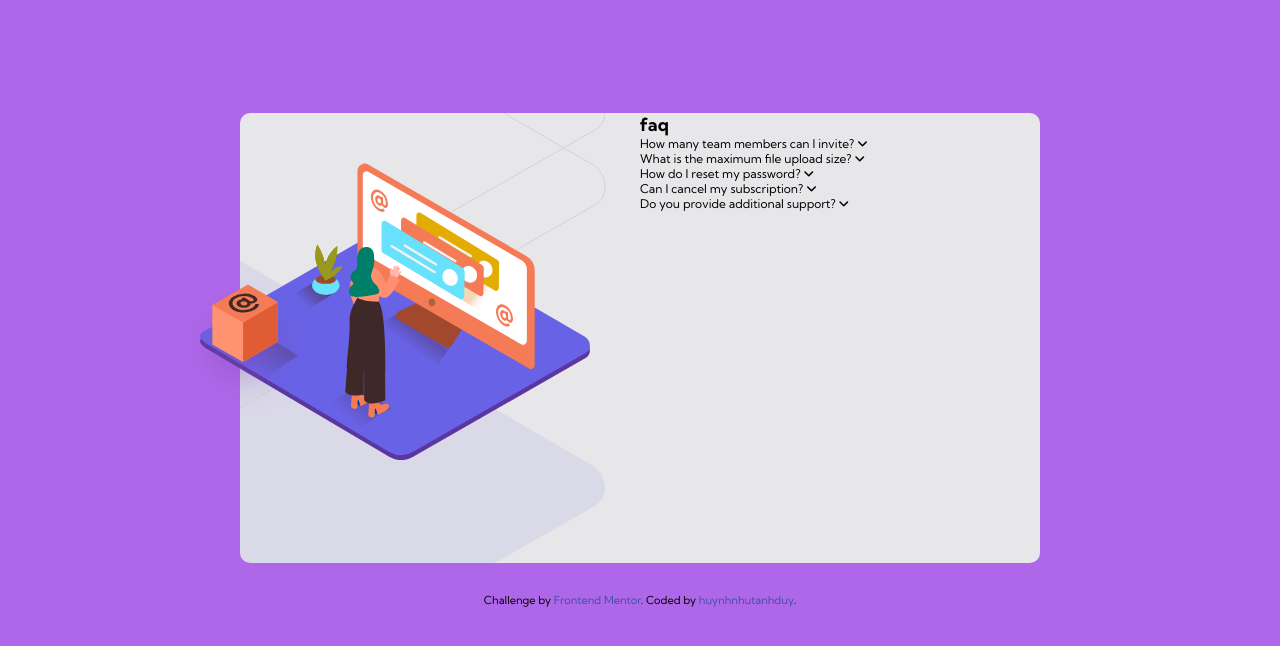
Repository: huynhnhutanhduy/faq-accordion-card
Page: index.html
These files come from the project's save history. The page is drawn as it stood at one moment and after the next save; the edit follows.
The browser window is 1280 px wide. The pictures show the whole page.

Above is the page before, as saved 2022-10-20 13:59:21.

After the next save:
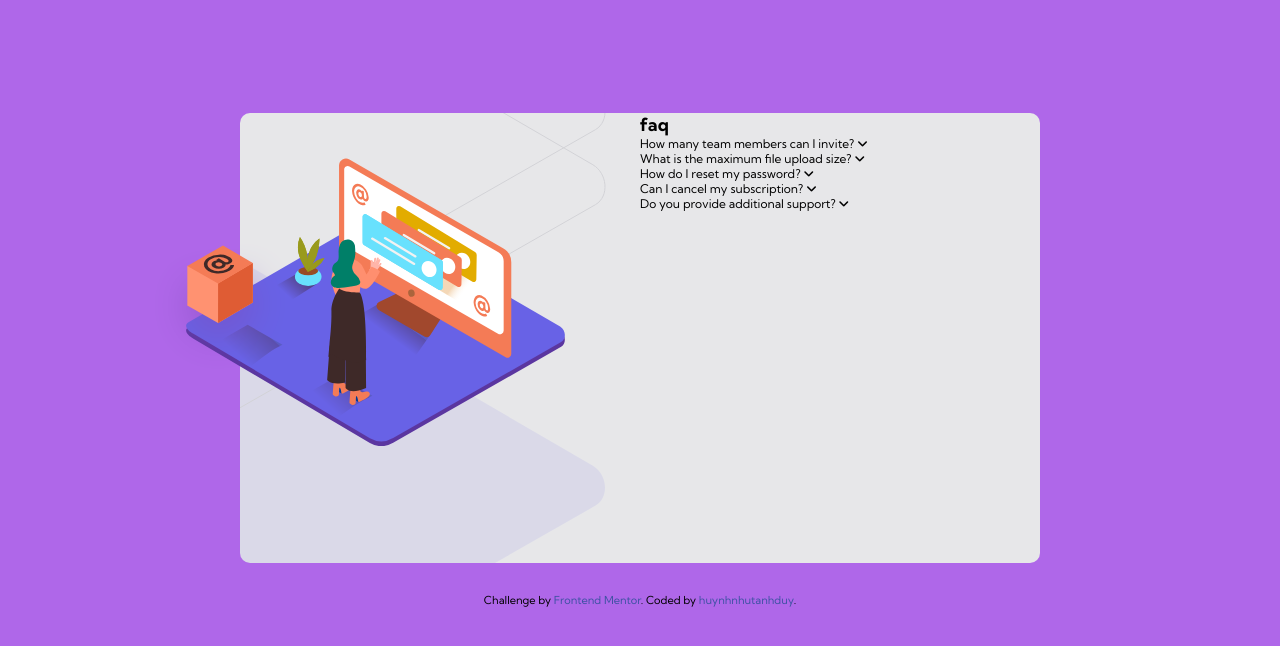
Saved 5 min 23 s later.
--- a/app.css
+++ b/app.css
@@ -67,14 +67,15 @@ img {
 .card-image {
   height: 40%;
   position: absolute;
-  top: 50px;
-  left: -40px;
+  top: 45px;
+  left: -54px;
+  right: 25px;
 }
 .card-box {
   height: 30%;
   position: absolute;
-  top: 170px;
-  left: -65px;
+  top: 131px;
+  left: -90px;
 }
 
 .card-item__content-inner {
